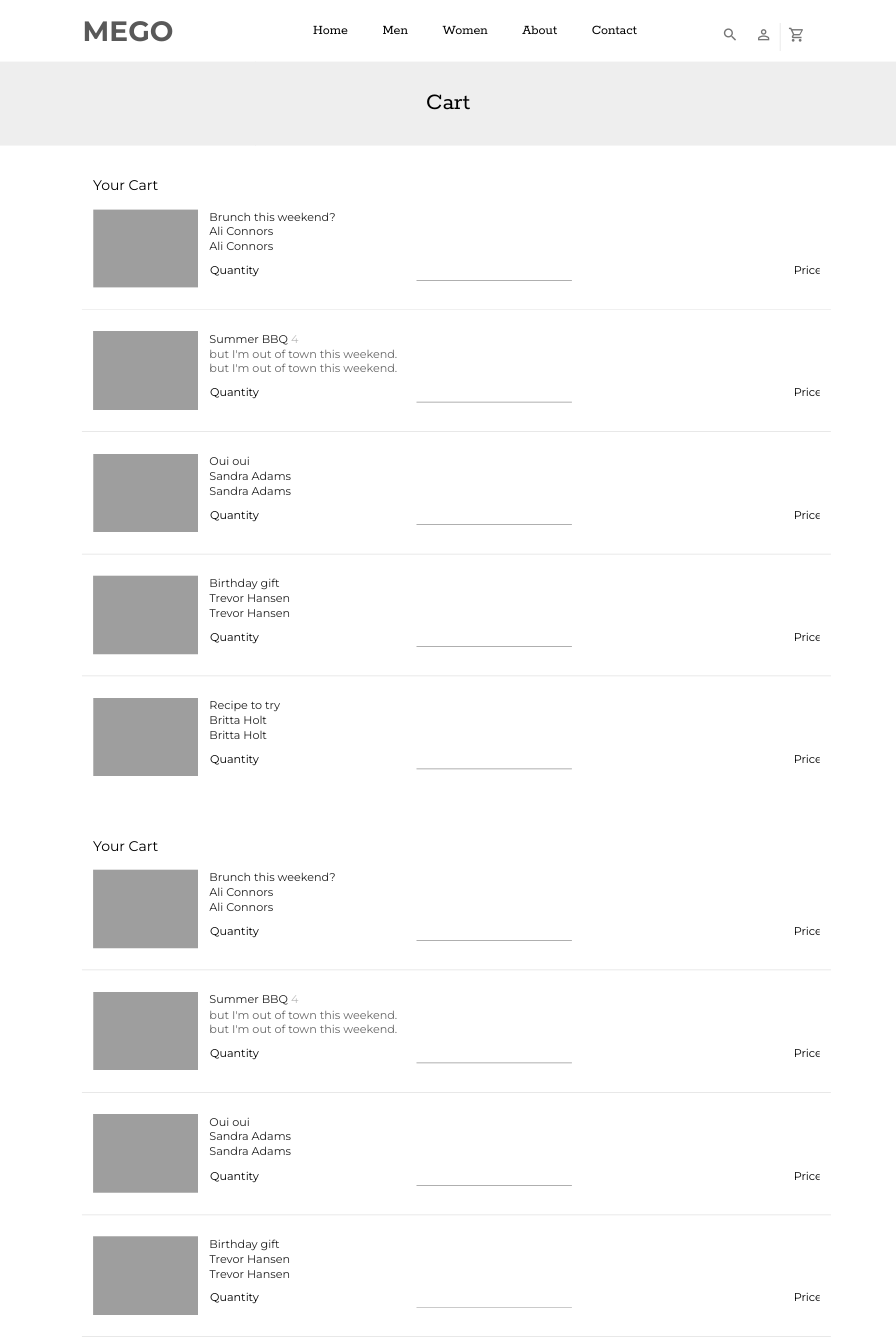
Repository: nguyenphuong152/mego-frontend
Page: /cart (app in frontend/)
An editor plug-in stored every save of this project. The page is shown before and after the next save, followed by the edit.
The browser window is 1280 px wide. The pictures show the part of the page from y = 0 to 1920 px (the page is 2204 px tall before and 2864 px after), at 70% of full size.
Pictures or frames that could not be fetched are drawn as grey boxes. The project was rebuilt for these pictures with package versions that can differ from the ones it lists, and the page was loaded fresh each time. Also part of the build but not shown: frontend/vue.config.js, frontend/src/components/Customer/Collection.vue, frontend/src/components/Customer/Banner.vue, frontend/src/components/Customer/BestSeller.vue, frontend/src/components/Customer/Partner.vue, frontend/src/views/Customer/Home.vue, frontend/src/components/Customer/ProductCategory.vue, frontend/src/components/Customer/ProductView.vue and 10 more. Imported but missing from the stored project, and not drawn on this page: frontend/src/views/Admin/Category.vue, frontend/src/views/Admin/ManageProduct.vue, frontend/src/views/Admin/ManageUser.vue, frontend/src/views/Admin/OrderList.vue.

Above is the page before, as saved 2020-11-26 16:52:56.

After the next save:
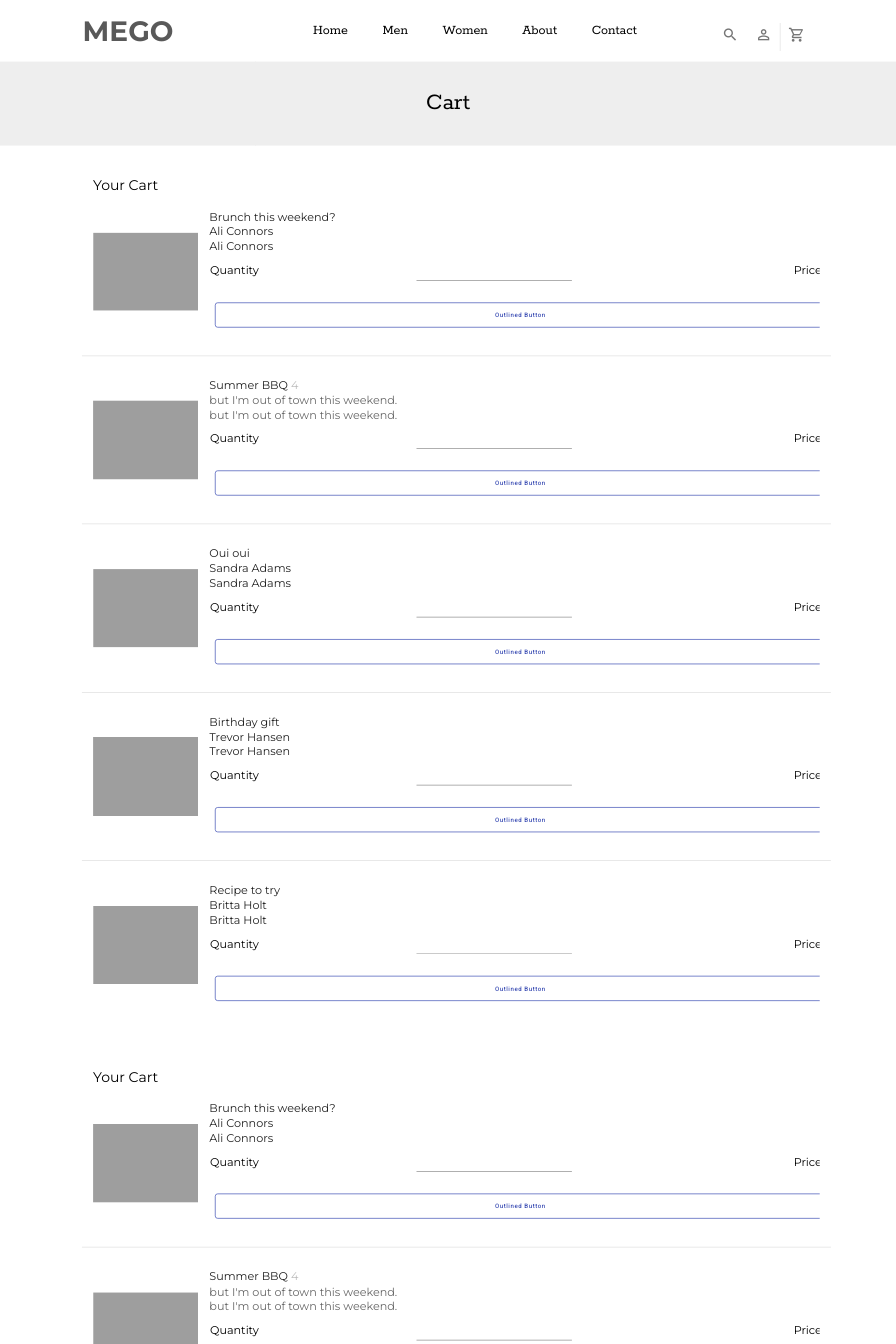
Saved 48 s later.
--- a/frontend/src/components/Customer/TotalProducts.vue
+++ b/frontend/src/components/Customer/TotalProducts.vue
@@ -26,7 +26,7 @@
               class="admin"
               v-html="item.subtitle"
             ></v-list-item-subtitle>
-             <v-row class="pl-4 d-flex align-center">
+            <v-row class="pl-4 d-flex align-center">
               <v-col class="pa-0 admin " cols="4">
                 <a>Quantity</a>
               </v-col>
@@ -37,8 +37,10 @@
                 <a> Price</a>
               </v-col>
             </v-row>
+            <v-btn class="ma-2" outlined color="indigo">
+              Outlined Button
+            </v-btn>
           </v-list-item-content>
-
         </v-list-item>
       </template>
     </v-list>
